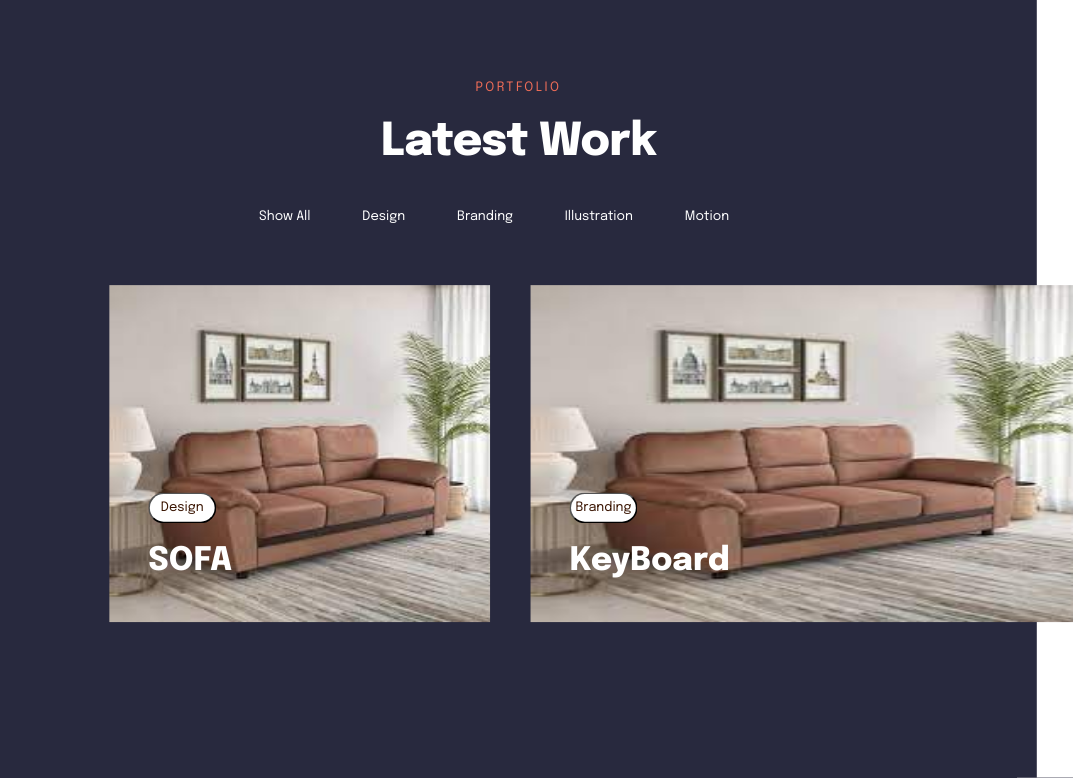
Repository: MehdiKerimov/Figma-task-13
Page: index.html
These files come from the project's save history. The page is drawn as it stood at one moment and after a run of saves; the edit follows.
The browser window is 1280 px wide. The page is 1325 px wide, so the pictures cover 1325 px, including what lies to the right of the window. The pictures show the whole page, at 81% of full size.

Above is the page before, as saved 2023-09-26 10:43:18.

### index.html
<!DOCTYPE html>
<html lang="en">
  <head>
    <meta charset="UTF-8" />
    <meta name="viewport" content="width=device-width, initial-scale=1.0" />
    <title>Document</title>
    <link rel="stylesheet" href="index.css" />
  </head>
  <body>
    <div class="container">
      <div class="text-box">
        <h1>Portfolio</h1>
        <h2>Latest Work</h2>
        <div class="collaj">
          <a href="#">Show All</a>
          <a href="#">Design</a>
          <a href="#">Branding</a>
          <a href="#">Illustration</a>
          <a href="#">Motion</a>
        </div>
      </div>
      <div class="box-container">
        <div class="box-container-1">
          <div class="box-1 box">
            <img
              src="data:[embedded picture, 10047 characters]"
              alt=""
            />

              <button><a href="#">Design</a></button>
              <h4>SOFA</h4>

          </div>

          <div class="box-2 box">
            <img
              src="data:[embedded picture, 10047 characters]"
              alt=""
            />
            <div>
              <button><a href="#">Branding</a></button>
              <h4>KeyBoard</h4>
            </div>
          </div>
        </div>
        <!-- <div class="box-container-2">
          <div class="box-3 box">
            <img
              src="data:[embedded picture, 10047 characters]"
              alt=""
            />
            <div>
              <button><a href="#">Illustration</a></button>
              <h4>Work Media</h4>
            </div>
          </div>

          <div class="box-4 box">
            <img
              src="data:[embedded picture, 10047 characters]"
              alt=""
            />
            <div>
              <button><a href="#">Motion</a></button>
              <h4>DDDone</h4>
            </div>
          </div>
        </div> -->
      </div>
    </div>
  </body>
</html>

### index.css
@import url("https://fonts.googleapis.com/css2?family=Epilogue:wght@400;800&display=swap");
* {
  padding: 0;
  margin: 0;
  box-sizing: border-box;
}
.container {
  padding: 92px 135px 192px 135px;
  min-height: 100vh;
  background: #28293e;
}
.container .text-box {
  display: flex;
  flex-direction: column;
  align-items: center;
}
.container .text-box h1 {
  color: var(--Text_Light_Accent, #ef6d58);
  text-align: center;
  font-feature-settings: "clig" off, "liga" off;
  font-family: Epilogue;
  font-size: 16px;
  font-style: normal;
  font-weight: 400;
  line-height: 32px;
  letter-spacing: 3px;
  text-transform: uppercase;
}
.container .text-box h2 {
  margin-bottom: 44px;
  margin-top: 20px;
  color: var(--Text_Light, #fff);
  text-align: center;
  font-feature-settings: "clig" off, "liga" off;
  font-family: Epilogue;
  font-size: 56px;
  font-style: normal;
  font-weight: 800;
  line-height: 64px;
  letter-spacing: -1px;
}
.container .collaj {
  margin-bottom: 68px;
}
.container .collaj a {
  text-decoration: none;
  margin-right: 60px;
  color: var(--Text_Light, #fff);
  font-feature-settings: "clig" off, "liga" off;
  font-family: Epilogue;
  font-size: 16px;
  font-style: normal;
  font-weight: 400;
  line-height: 32px;
}
.container .box-container {
}
.container .box-container .box-container-1 {
  display: flex;
}
.container .box-container .box-container-2 {
  display: flex;
  margin-right: 50px;
}
.container .box-container .box-container-1 .box-1 {
  margin-right: 50px;
}
.container .box-container .box {
    position: relative
}
.container .box-container .box-container-1 .box-1  {
    width: 470px;
    height: 416px;
  }
.container .box-container .box-container-1 .box-1 img {
  width: 470px;
  height: 416px;
}
.container .box-container .box-container-1 .box-2  {
    width: 670px;
    height: 416px;
  }
.container .box-container .box-container-1 .box-2 img {
  width: 670px;
  height: 416px;
}
.container .box-container .box button {
  width: 84px;
  height: 38px;
  border-radius: 19px;
  background: #fff;
  position: absolute;
  left: 48px;
  bottom: 122px;
}
.container .box-container .box button a {
  text-decoration: none;
  color: var(--Text_Dark, #391400);
  font-feature-settings: "clig" off, "liga" off;
  font-family: Epilogue;
  font-size: 16px;
  font-style: normal;
  font-weight: 400;
  line-height: 32px;
}
.container .box-container .box h4 {
  color: var(--Text_Light, #fff);
  font-feature-settings: "clig" off, "liga" off;
  font-family: Epilogue;
  font-size: 40px;
  font-style: normal;
  font-weight: 800;
  line-height: 48px;
  position: absolute;
  left: 48px;
  bottom: 51px;
}
.container .box-container .box-container-2 .box-3 img {
  width: 670px;
  height: 416px;
  margin-right: 50px;
}
.container .box-container .box-container-2 .box-4 img {
  width: 470px;
  height: 416px;
}

After the next 2 saves:
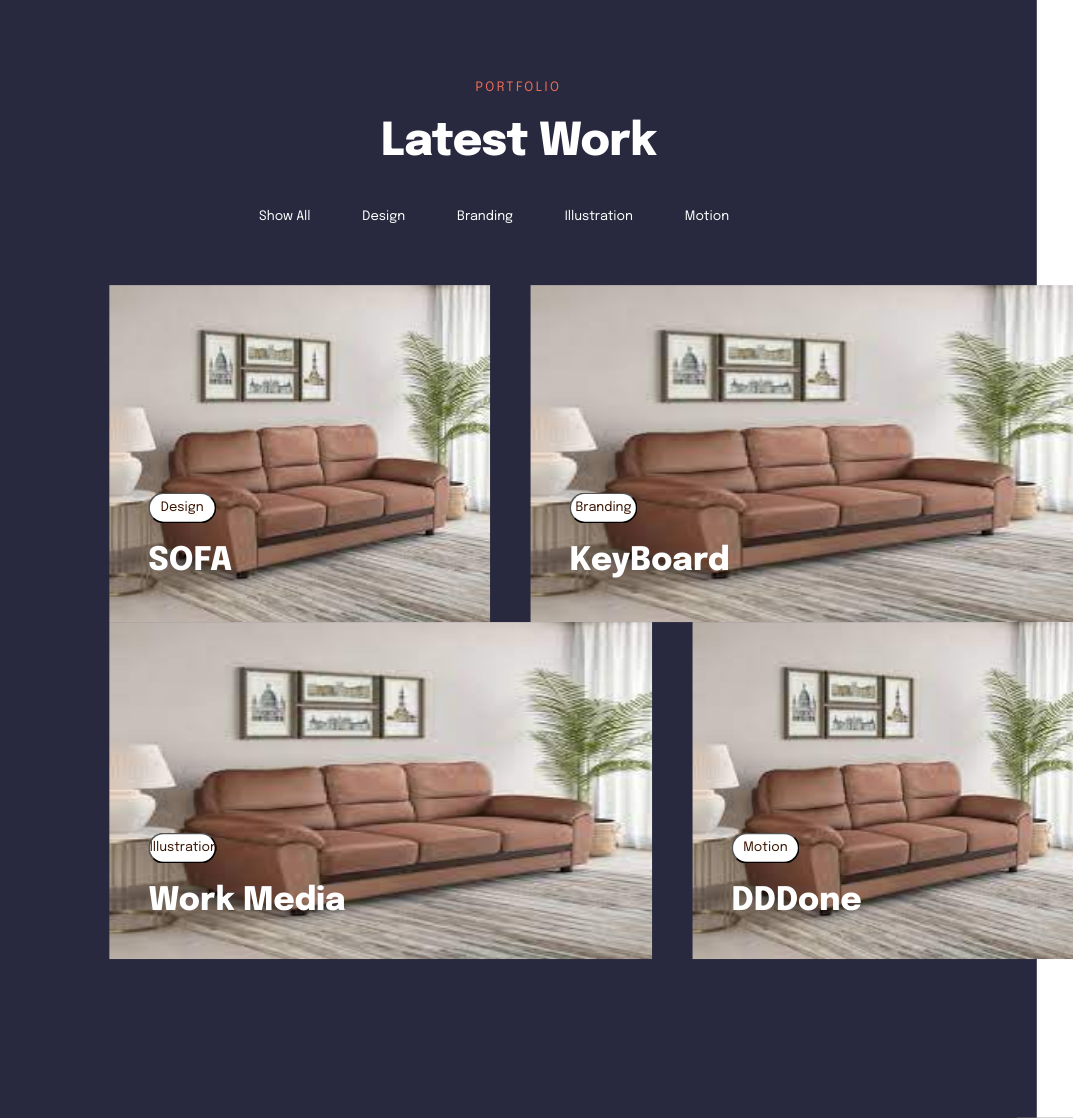
The 2 saves are shown as one change because they came seconds apart.
The last was saved 17 s later.
--- a/index.html
+++ b/index.html
@@ -43,7 +43,7 @@
             </div>
           </div>
         </div>
-        <!-- <div class="box-container-2">
+        <div class="box-container-2">
           <div class="box-3 box">
             <img
               src="data:[embedded picture, 10047 characters]"
@@ -65,7 +65,7 @@
               <h4>DDDone</h4>
             </div>
           </div>
-        </div> -->
+        </div>
       </div>
     </div>
   </body>
